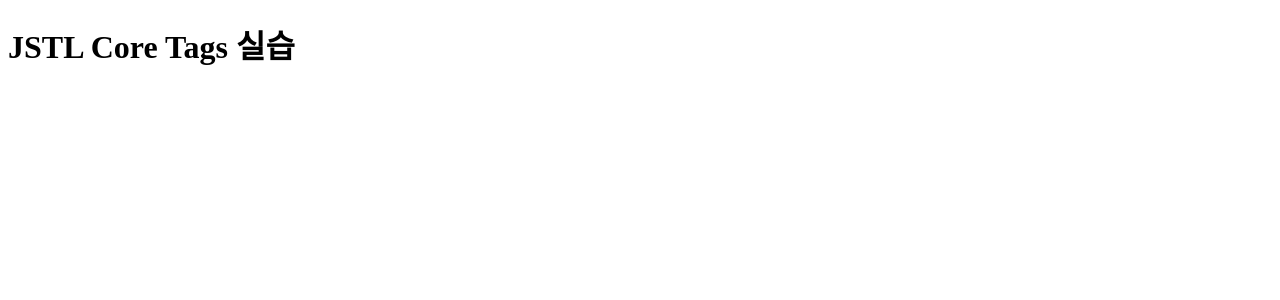
Repository: ajtwls1256/Web-workspace
Page: http://localhost/Day55-jspTag/JSTL/jsp_JSTL_Basic1.jsp
An editor plug-in stored every save of this project. The page is shown before and after the next save, followed by the edit.
The browser window is 1280 px wide. The pictures show the whole page.
The page is served by Tomcat 9.

Above is the page before, as saved 2019-10-14 04:37:04.

After the next save:
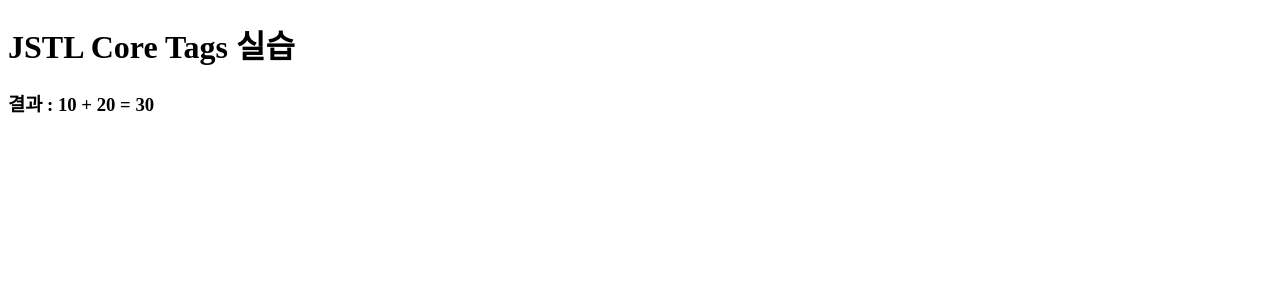
Saved 85 s later.
--- a/Day55-jspTag/WebContent/JSTL/jsp_JSTL_Basic1.jsp
+++ b/Day55-jspTag/WebContent/JSTL/jsp_JSTL_Basic1.jsp
@@ -11,5 +11,8 @@
 </head>
 <body>
 	<h1>JSTL Core Tags 실습</h1>
+	<c:set var="num1" value="10"/>
+	<c:set var="num2" value="20"/>
+	<h3>결과 : ${num1} + ${num2 } = ${num1+num2 }</h3>
 </body>
 </html>
